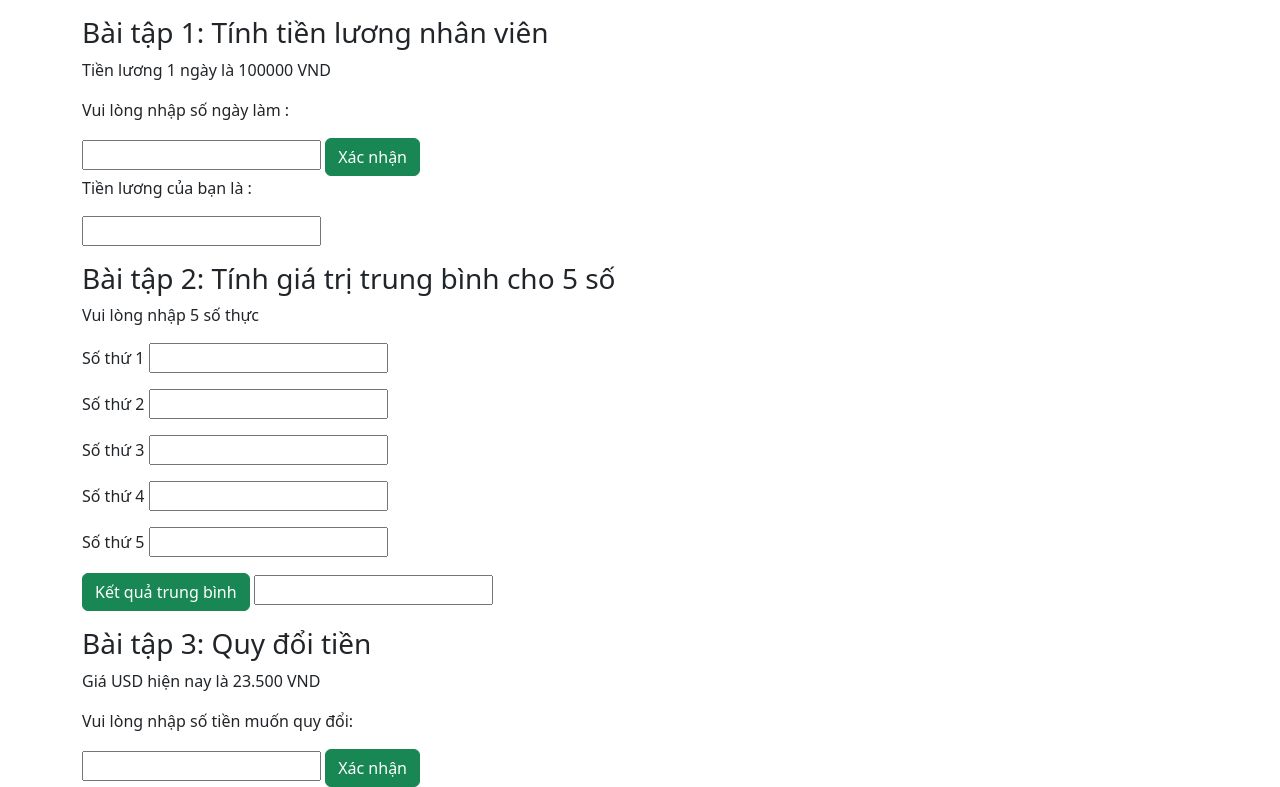
Repository: hcozyph/TranHuuPhuoc_BC43_BT_JS_Buoi2
Page: index.html
These files come from the project's save history. The page is drawn as it stood at one moment and after the next save; the edit follows.
The browser window is 1280 px wide. The pictures show the whole page.

Above is the page before, as saved 2023-01-21 22:19:48.

After the next save:
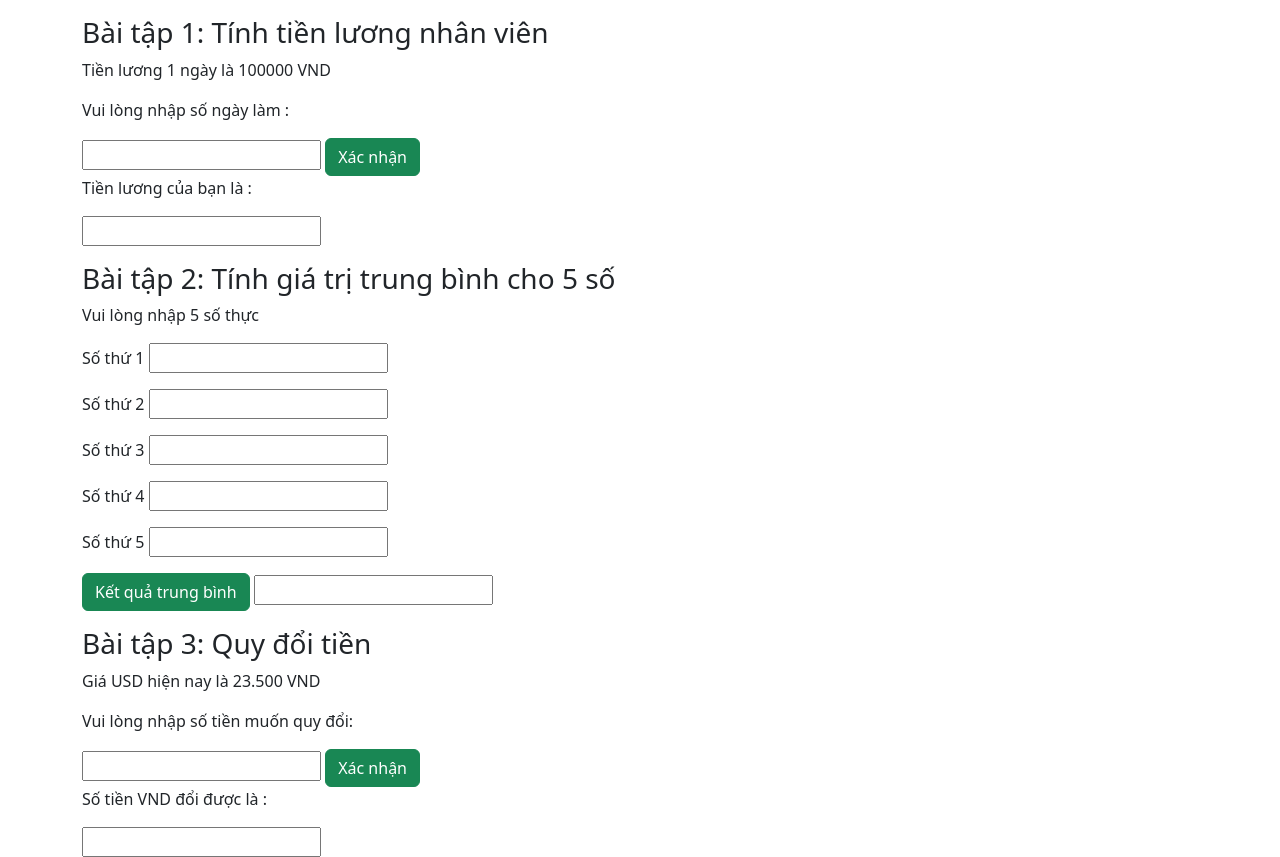
Saved 2 min 25 s later.
--- a/index.html
+++ b/index.html
@@ -77,14 +77,18 @@
                 <h1 class="fs-3 mt-3">Bài tập 3: Quy đổi tiền</h1>
                 <p>Giá USD hiện nay là 23.500 VND</p>
                 <p>Vui lòng nhập số tiền muốn quy đổi:</p>
+
                 <input type="number" id="inputUsd" />
                 <button
                     class="btn btn-success"
                     id="btnTradeMoney"
-                    onclick="tradeMoney"
+                    onclick="tradeMoney()"
                 >
                     Xác nhận
                 </button>
+
+                <p>Số tiền VND đổi được là :</p>
+                <input type="text" id="tradeMoney" />
             </div>
         </div>
 
